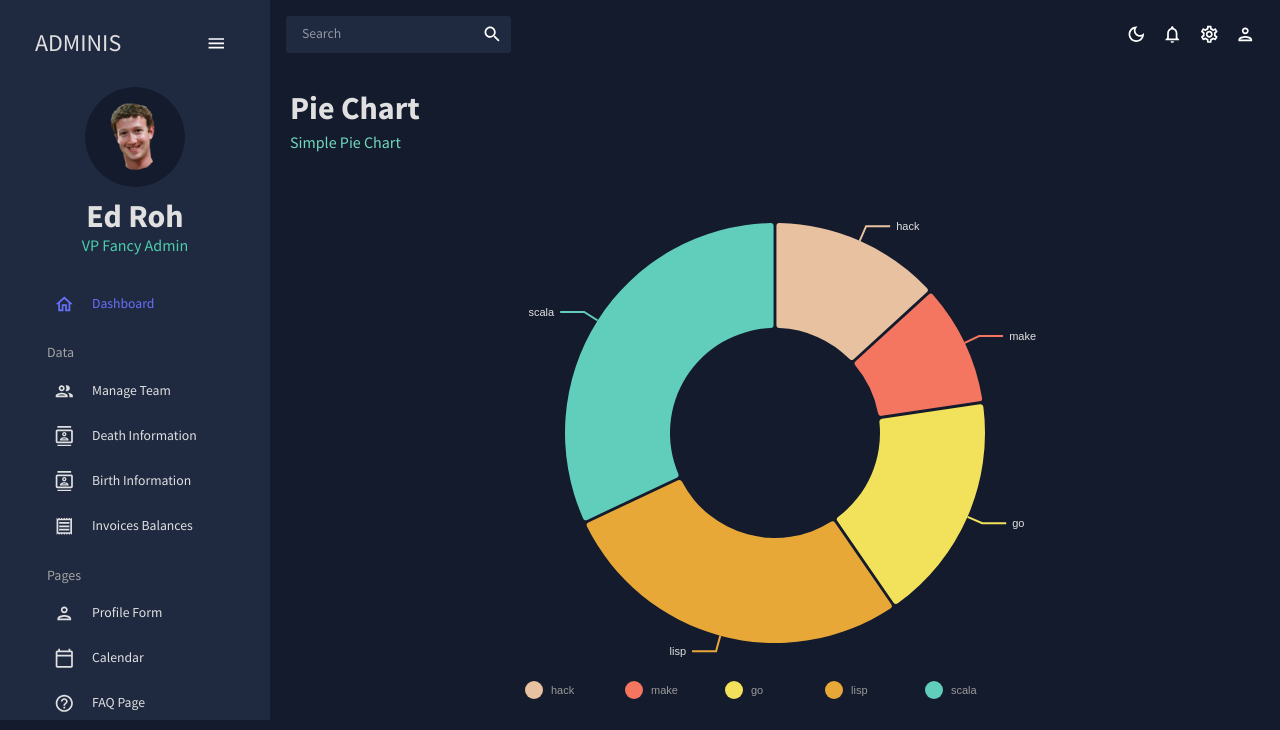
Repository: EmmanuelKeifala/project101
Page: /pie (app in admin/)
These files come from the project's save history. The page is drawn as it stood at one moment and after the next save; the edit follows.
The browser window is 1280 px wide. The pictures show the whole page.
The page's requests for data from a server got no answer. The project was rebuilt for these pictures with package versions that can differ from the ones it lists, and the page was loaded fresh each time. No one was signed in, and anything a server would have sent is missing. Also part of the build but not shown: admin/src/components/LineChart.jsx, admin/src/data/mockGeoFeatures.js, admin/src/components/GeographyChart.jsx, admin/src/components/BarChart.jsx, admin/src/components/ProgressCircle.jsx, admin/src/components/StatBox.jsx, admin/src/scenes/dashboard/index.jsx, admin/src/scenes/team/index.jsx and 9 more.

Above is the page before, as saved 2023-05-16 09:30:01.

### admin/src/index.js
/** @format */

import React from "react";
import ReactDOM from "react-dom/client";
import "./index.css";
import App from "./App";
const root = ReactDOM.createRoot(document.getElementById("root"));
root.render(
	<React.StrictMode>
		<App />
	</React.StrictMode>,
);

// If you want to start measuring performance in your app, pass a function
// to log results (for example: reportWebVitals(console.log))
// or send to an analytics endpoint. Learn more: https://bit.ly/CRA-vitals

### admin/src/index.css
@import url("https://fonts.googleapis.com/css2?family=Source+Sans+Pro:wght@400;600;700&display=swap");

html,
body,
#root,
.app,
.content {
  height: 100%;
  width: 100%;
  font-family: "Source Sans Pro", sans-serif;
}

::-webkit-scrollbar {
  width: 10px;
}

::-webkit-scrollbar-track {
  background: #e0e0e0
}

.app {
  display: flex;
  position: relative;
}

::-webkit-scrollbar-thumb {
  background: #888;
}

/* Handle on hover */
::-webkit-scrollbar-thumb:hover {
  background: #555;
}

### admin/src/App.js
/** @format */

import { useState, useEffect } from "react";
import { Routes, Route, BrowserRouter } from "react-router-dom";
import Topbar from "./scenes/globals/Topbar";
import Sidebar from "./scenes/globals/Sidebar";
import Dashboard from "./scenes/dashboard";
import Team from "./scenes/team";
import Invoices from "./scenes/invoices";
import Birth from "./scenes/birth";
import Death from "./scenes/death";
import Bar from "./scenes/bar";
import Form from "./scenes/form";
import Line from "./scenes/line";
import Pie from "./scenes/pie";
import FAQ from "./scenes/faq";
import Geography from "./scenes/geography";
import { CssBaseline, ThemeProvider } from "@mui/material";
import { ColorModeContext, useMode } from "./theme";
import Calendar from "./scenes/calendar/calendar";
import useApplicationsStore from "./store";
function App() {
	const setDataToStore = useApplicationsStore((state) => state.setApplications);

	useEffect(() => {
		fetch("http://localhost:3001/api/listings")
			.then((response) => {
				if (!response.ok) {
					throw new Error("Error retrieving listings");
				}
				return response.json();
			})
			.then((data) => {
				setDataToStore(data);
			})
			.catch((error) => {
				console.error("Error:", error.message);
			});
	}, []);
	const [theme, colorMode] = useMode();
	const [isSidebar, setIsSidebar] = useState(true);

	return (
		<BrowserRouter>
			<ColorModeContext.Provider value={colorMode}>
				<ThemeProvider theme={theme}>
					<CssBaseline />
					<div className="app">
						<Sidebar isSidebar={isSidebar} />
						<main className="content">
							<Topbar setIsSidebar={setIsSidebar} />
							<Routes>
								<Route path="/" element={<Dashboard />} />
								<Route path="/team" element={<Team />} />
								<Route path="/birth" element={<Birth />} />
								<Route path="/death" element={<Death />} />
								<Route path="/invoices" element={<Invoices />} />
								<Route path="/form" element={<Form />} />
								<Route path="/bar" element={<Bar />} />
								<Route path="/pie" element={<Pie />} />
								<Route path="/line" element={<Line />} />
								<Route path="/faq" element={<FAQ />} />
								<Route path="/calendar" element={<Calendar />} />
								<Route path="/geography" element={<Geography />} />
							</Routes>
						</main>
					</div>
				</ThemeProvider>
			</ColorModeContext.Provider>
		</BrowserRouter>
	);
}

export default App;

### admin/src/scenes/globals/Topbar.jsx
/** @format */

import React, { useContext } from "react";
import { useTheme, Box, IconButton, InputBase } from "@mui/material";
import { ColorModeContext, tokens } from "../../theme";
import LightModeOutlinedIcon from "@mui/icons-material/LightModeOutlined";
import DarkModeOutlinedIcon from "@mui/icons-material/DarkModeOutlined";
import NotificationsOutlinedIcon from "@mui/icons-material/NotificationsOutlined";
import SettingsOutlinedIcon from "@mui/icons-material/SettingsOutlined";
import PersonOutlinedIcon from "@mui/icons-material/PersonOutlined";
import SearchIcon from "@mui/icons-material/Search";
const TopBar = () => {
	const theme = useTheme();
	const colors = tokens(theme.palette.mode);
	const colorMode = useContext(ColorModeContext);
	return (
		<Box display="flex" justifyContent="space-between" p={2}>
			{/* SEARCH BAR */}
			<Box
				display="flex"
				backgroundColor={colors.primary[400]}
				borderRadius="3px">
				<InputBase sx={{ ml: 2, flex: 1 }} placeholder="Search" />
				{/* ----> ADD SEARCH FUNCTIONALITY */}
				<IconButton type="button" sx={{ p: 1 }}>
					<SearchIcon />
				</IconButton>
			</Box>

			{/* ICONS */}
			<Box display="flex">
				{/* TO-DO */}
				<IconButton onClick={colorMode.toggleColorMode}>
					{theme.palette.mode === "dark" ? (
						<DarkModeOutlinedIcon />
					) : (
						<LightModeOutlinedIcon />
					)}
				</IconButton>
				<IconButton>
					<NotificationsOutlinedIcon />
				</IconButton>
				<IconButton>
					<SettingsOutlinedIcon />
				</IconButton>
				<IconButton>
					<PersonOutlinedIcon />
				</IconButton>
			</Box>
		</Box>
	);
};

export default TopBar;

### admin/src/scenes/globals/Sidebar.jsx
/** @format */

import { useState } from "react";
import { ProSidebar, Menu, MenuItem } from "react-pro-sidebar";
import { Box, IconButton, Typography, useTheme } from "@mui/material";
import { Link } from "react-router-dom";
import "react-pro-sidebar/dist/css/styles.css";
import { tokens } from "../../theme";
import HomeOutlinedIcon from "@mui/icons-material/HomeOutlined";
import PeopleOutlinedIcon from "@mui/icons-material/PeopleOutlined";
import ContactsOutlinedIcon from "@mui/icons-material/ContactsOutlined";
import ReceiptOutlinedIcon from "@mui/icons-material/ReceiptOutlined";
import PersonOutlinedIcon from "@mui/icons-material/PersonOutlined";
import CalendarTodayOutlinedIcon from "@mui/icons-material/CalendarTodayOutlined";
import HelpOutlineOutlinedIcon from "@mui/icons-material/HelpOutlineOutlined";
import BarChartOutlinedIcon from "@mui/icons-material/BarChartOutlined";
import PieChartOutlineOutlinedIcon from "@mui/icons-material/PieChartOutlineOutlined";
import TimelineOutlinedIcon from "@mui/icons-material/TimelineOutlined";
import MenuOutlinedIcon from "@mui/icons-material/MenuOutlined";
import MapOutlinedIcon from "@mui/icons-material/MapOutlined";

const Item = ({ title, to, icon, selected, setSelected }) => {
	const theme = useTheme();
	const colors = tokens(theme.palette.mode);
	return (
		<MenuItem
			active={selected === title}
			style={{
				color: colors.grey[100],
			}}
			onClick={() => setSelected(title)}
			icon={icon}>
			<Typography>{title}</Typography>
			<Link to={to} />
		</MenuItem>
	);
};

const Sidebar = () => {
	const theme = useTheme();
	const colors = tokens(theme.palette.mode);
	const [isCollapsed, setIsCollapsed] = useState(false);
	const [selected, setSelected] = useState("Dashboard");

	return (
		<Box
			sx={{
				"& .pro-sidebar-inner": {
					background: `${colors.primary[400]} !important`,
				},
				"& .pro-icon-wrapper": {
					backgroundColor: "transparent !important",
				},
				"& .pro-inner-item": {
					padding: "5px 35px 5px 20px !important",
				},
				"& .pro-inner-item:hover": {
					color: "#868dfb !important",
				},
				"& .pro-menu-item.active": {
					color: "#6870fa !important",
				},
			}}>
			<ProSidebar collapsed={isCollapsed}>
				<Menu iconShape="square">
					{/* LOGO AND MENU ICON */}
					<MenuItem
						onClick={() => setIsCollapsed(!isCollapsed)}
						icon={isCollapsed ? <MenuOutlinedIcon /> : undefined}
						style={{
							margin: "10px 0 20px 0",
							color: colors.grey[100],
						}}>
						{!isCollapsed && (
							<Box
								display="flex"
								justifyContent="space-between"
								alignItems="center"
								ml="15px">
								<Typography variant="h3" color={colors.grey[100]}>
									ADMINIS
								</Typography>
								<IconButton onClick={() => setIsCollapsed(!isCollapsed)}>
									<MenuOutlinedIcon />
								</IconButton>
							</Box>
						)}
					</MenuItem>

					{!isCollapsed && (
						<Box mb="25px">
							<Box display="flex" justifyContent="center" alignItems="center">
								<img
									alt="profile-user"
									width="100px"
									height="100px"
									src={`../../assets/user.png`}
									style={{ cursor: "pointer", borderRadius: "50%" }}
								/>
							</Box>
							<Box textAlign="center">
								<Typography
									variant="h2"
									color={colors.grey[100]}
									fontWeight="bold"
									sx={{ m: "10px 0 0 0" }}>
									Ed Roh
								</Typography>
								<Typography variant="h5" color={colors.greenAccent[500]}>
									VP Fancy Admin
								</Typography>
							</Box>
						</Box>
					)}

					<Box paddingLeft={isCollapsed ? undefined : "10%"}>
						<Item
							title="Dashboard"
							to="/"
							icon={<HomeOutlinedIcon />}
							selected={selected}
							setSelected={setSelected}
						/>

						<Typography
							variant="h6"
							color={colors.grey[300]}
							sx={{ m: "15px 0 5px 20px" }}>
							Data
						</Typography>
						<Item
							title="Manage Team"
							to="/team"
							icon={<PeopleOutlinedIcon />}
							selected={selected}
							setSelected={setSelected}
						/>
						<Item
							title="Death Information"
							to="/death"
							icon={<ContactsOutlinedIcon />}
							selected={selected}
							setSelected={setSelected}
						/>
						<Item
							title="Birth Information"
							to="/birth"
							icon={<ContactsOutlinedIcon />}
							selected={selected}
							setSelected={setSelected}
						/>
						<Item
							title="Invoices Balances"
							to="/invoices"
							icon={<ReceiptOutlinedIcon />}
							selected={selected}
							setSelected={setSelected}
						/>

						<Typography
							variant="h6"
							color={colors.grey[300]}
							sx={{ m: "15px 0 5px 20px" }}>
							Pages
						</Typography>
						<Item
							title="Profile Form"
							to="/form"
							icon={<PersonOutlinedIcon />}
							selected={selected}
							setSelected={setSelected}
						/>
						<Item
							title="Calendar"
							to="/calendar"
							icon={<CalendarTodayOutlinedIcon />}
							selected={selected}
							setSelected={setSelected}
						/>
						<Item
							title="FAQ Page"
							to="/faq"
							icon={<HelpOutlineOutlinedIcon />}
							selected={selected}
							setSelected={setSelected}
						/>

						<Typography
							variant="h6"
							color={colors.grey[300]}
							sx={{ m: "15px 0 5px 20px" }}>
							Charts
						</Typography>
						<Item
							title="Bar Chart"
							to="/bar"
							icon={<BarChartOutlinedIcon />}
							selected={selected}
							setSelected={setSelected}
						/>
						<Item
							title="Pie Chart"
							to="/pie"
							icon={<PieChartOutlineOutlinedIcon />}
							selected={selected}
							setSelected={setSelected}
						/>
						<Item
							title="Line Chart"
							to="/line"
							icon={<TimelineOutlinedIcon />}
							selected={selected}
							setSelected={setSelected}
						/>
						<Item
							title="Geography Chart"
							to="/geography"
							icon={<MapOutlinedIcon />}
							selected={selected}
							setSelected={setSelected}
						/>
					</Box>
				</Menu>
			</ProSidebar>
		</Box>
	);
};

export default Sidebar;

### admin/src/scenes/pie/index.jsx
/** @format */

import { Box } from "@mui/material";
import Header from "../../components/Header";
import PieChart from "../../components/PieChart";

const Pie = () => {
	return (
		<Box m="20px">
			<Header title="Pie Chart" subtitle="Simple Pie Chart" />
			<Box height="75vh">
				<PieChart />
			</Box>
		</Box>
	);
};

export default Pie;

### admin/src/theme.js
/** @format */

import { createContext, useState, useMemo } from "react";
import { createTheme } from "@mui/material/styles";

// color design tokens export
export const tokens = (mode) => ({
	...(mode === "dark"
		? {
				grey: {
					100: "#e0e0e0",
					200: "#c2c2c2",
					300: "#a3a3a3",
					400: "#858585",
					500: "#666666",
					600: "#525252",
					700: "#3d3d3d",
					800: "#292929",
					900: "#141414",
				},
				primary: {
					100: "#d0d1d5",
					200: "#a1a4ab",
					300: "#727681",
					400: "#1F2A40",
					500: "#141b2d",
					600: "#101624",
					700: "#0c101b",
					800: "#080b12",
					900: "#040509",
				},
				greenAccent: {
					100: "#dbf5ee",
					200: "#b7ebde",
					300: "#94e2cd",
					400: "#70d8bd",
					500: "#4cceac",
					600: "#3da58a",
					700: "#2e7c67",
					800: "#1e5245",
					900: "#0f2922",
				},
				redAccent: {
					100: "#f8dcdb",
					200: "#f1b9b7",
					300: "#e99592",
					400: "#e2726e",
					500: "#db4f4a",
					600: "#af3f3b",
					700: "#832f2c",
					800: "#58201e",
					900: "#2c100f",
				},
				blueAccent: {
					100: "#e1e2fe",
					200: "#c3c6fd",
					300: "#a4a9fc",
					400: "#868dfb",
					500: "#6870fa",
					600: "#535ac8",
					700: "#3e4396",
					800: "#2a2d64",
					900: "#151632",
				},
		  }
		: {
				grey: {
					100: "#141414",
					200: "#292929",
					300: "#3d3d3d",
					400: "#525252",
					500: "#666666",
					600: "#858585",
					700: "#a3a3a3",
					800: "#c2c2c2",
					900: "#e0e0e0",
				},
				primary: {
					100: "#040509",
					200: "#080b12",
					300: "#0c101b",
					400: "#f2f0f0", // manually changed
					500: "#141b2d",
					600: "#1F2A40",
					700: "#727681",
					800: "#a1a4ab",
					900: "#d0d1d5",
				},
				greenAccent: {
					100: "#0f2922",
					200: "#1e5245",
					300: "#2e7c67",
					400: "#3da58a",
					500: "#4cceac",
					600: "#70d8bd",
					700: "#94e2cd",
					800: "#b7ebde",
					900: "#dbf5ee",
				},
				redAccent: {
					100: "#2c100f",
					200: "#58201e",
					300: "#832f2c",
					400: "#af3f3b",
					500: "#db4f4a",
					600: "#e2726e",
					700: "#e99592",
					800: "#f1b9b7",
					900: "#f8dcdb",
				},
				blueAccent: {
					100: "#151632",
					200: "#2a2d64",
					300: "#3e4396",
					400: "#535ac8",
					500: "#6870fa",
					600: "#868dfb",
					700: "#a4a9fc",
					800: "#c3c6fd",
					900: "#e1e2fe",
				},
		  }),
});

// mui theme settings
export const themeSettings = (mode) => {
	const colors = tokens(mode);
	return {
		palette: {
			mode: mode,
			...(mode === "dark"
				? {
						// palette values for dark mode
						primary: {
							main: colors.primary[500],
						},
						secondary: {
							main: colors.greenAccent[500],
						},
						neutral: {
							dark: colors.grey[700],
							main: colors.grey[500],
							light: colors.grey[100],
						},
						background: {
							default: colors.primary[500],
						},
				  }
				: {
						// palette values for light mode
						primary: {
							main: colors.primary[100],
						},
						secondary: {
							main: colors.greenAccent[500],
						},
						neutral: {
							dark: colors.grey[700],
							main: colors.grey[500],
							light: colors.grey[100],
						},
						background: {
							default: "#fcfcfc",
						},
				  }),
		},
		typography: {
			fontFamily: ["Source Sans Pro", "sans-serif"].join(","),
			fontSize: 12,
			h1: {
				fontFamily: ["Source Sans Pro", "sans-serif"].join(","),
				fontSize: 40,
			},
			h2: {
				fontFamily: ["Source Sans Pro", "sans-serif"].join(","),
				fontSize: 32,
			},
			h3: {
				fontFamily: ["Source Sans Pro", "sans-serif"].join(","),
				fontSize: 24,
			},
			h4: {
				fontFamily: ["Source Sans Pro", "sans-serif"].join(","),
				fontSize: 20,
			},
			h5: {
				fontFamily: ["Source Sans Pro", "sans-serif"].join(","),
				fontSize: 16,
			},
			h6: {
				fontFamily: ["Source Sans Pro", "sans-serif"].join(","),
				fontSize: 14,
			},
		},
	};
};

// context for color mode
export const ColorModeContext = createContext({
	toggleColorMode: () => {},
});

export const useMode = () => {
	const [mode, setMode] = useState("dark");

	const colorMode = useMemo(
		() => ({
			toggleColorMode: () =>
				setMode((prev) => (prev === "light" ? "dark" : "light")),
		}),
		[],
	);

	const theme = useMemo(() => createTheme(themeSettings(mode)), [mode]);
	return [theme, colorMode];
};

### admin/src/store.js
/** @format */
import { create } from "zustand";
const useApplicationsStore = create((set) => ({
	applications: [],

	setApplications: (newApplications) => {
		set({ applications: newApplications });
	},
}));
export default useApplicationsStore;

### admin/src/components/Header.jsx
/** @format */

import { Typography, Box, useTheme } from "@mui/material";
import { tokens } from "../theme";

const Header = ({ title, subtitle }) => {
	const theme = useTheme();
	const colors = tokens(theme.palette.mode);
	return (
		<Box mb="30px">
			<Typography
				variant="h2"
				color={colors.grey[100]}
				fontWeight="bold"
				sx={{ m: "0 0 5px 0" }}>
				{title}
			</Typography>
			<Typography variant="h5" color={colors.greenAccent[400]}>
				{subtitle}
			</Typography>
		</Box>
	);
};

export default Header;

### admin/src/components/PieChart.jsx
/** @format */

import { ResponsivePie } from "@nivo/pie";
import { tokens } from "../theme";
import { useTheme } from "@mui/material";
import { mockPieData as data } from "../data/mockData";

const PieChart = () => {
	const theme = useTheme();
	const colors = tokens(theme.palette.mode);
	return (
		<ResponsivePie
			data={data}
			theme={{
				axis: {
					domain: {
						line: {
							stroke: colors.grey[100],
						},
					},
					legend: {
						text: {
							fill: colors.grey[100],
						},
					},
					ticks: {
						line: {
							stroke: colors.grey[100],
							strokeWidth: 1,
						},
						text: {
							fill: colors.grey[100],
						},
					},
				},
				legends: {
					text: {
						fill: colors.grey[100],
					},
				},
			}}
			margin={{ top: 40, right: 80, bottom: 80, left: 80 }}
			innerRadius={0.5}
			padAngle={0.7}
			cornerRadius={3}
			activeOuterRadiusOffset={8}
			borderColor={{
				from: "color",
				modifiers: [["darker", 0.2]],
			}}
			arcLinkLabelsSkipAngle={10}
			arcLinkLabelsTextColor={colors.grey[100]}
			arcLinkLabelsThickness={2}
			arcLinkLabelsColor={{ from: "color" }}
			enableArcLabels={false}
			arcLabelsRadiusOffset={0.4}
			arcLabelsSkipAngle={7}
			arcLabelsTextColor={{
				from: "color",
				modifiers: [["darker", 2]],
			}}
			defs={[
				{
					id: "dots",
					type: "patternDots",
					background: "inherit",
					color: "rgba(255, 255, 255, 0.3)",
					size: 4,
					padding: 1,
					stagger: true,
				},
				{
					id: "lines",
					type: "patternLines",
					background: "inherit",
					color: "rgba(255, 255, 255, 0.3)",
					rotation: -45,
					lineWidth: 6,
					spacing: 10,
				},
			]}
			legends={[
				{
					anchor: "bottom",
					direction: "row",
					justify: false,
					translateX: 0,
					translateY: 56,
					itemsSpacing: 0,
					itemWidth: 100,
					itemHeight: 18,
					itemTextColor: "#999",
					itemDirection: "left-to-right",
					itemOpacity: 1,
					symbolSize: 18,
					symbolShape: "circle",
					effects: [
						{
							on: "hover",
							style: {
								itemTextColor: "#000",
							},
						},
					],
				},
			]}
		/>
	);
};

export default PieChart;

Loaded but not shown: admin/public/index.html (common file); admin/src/data/mockData.js (1537 lines, source omitted)

After the next save:
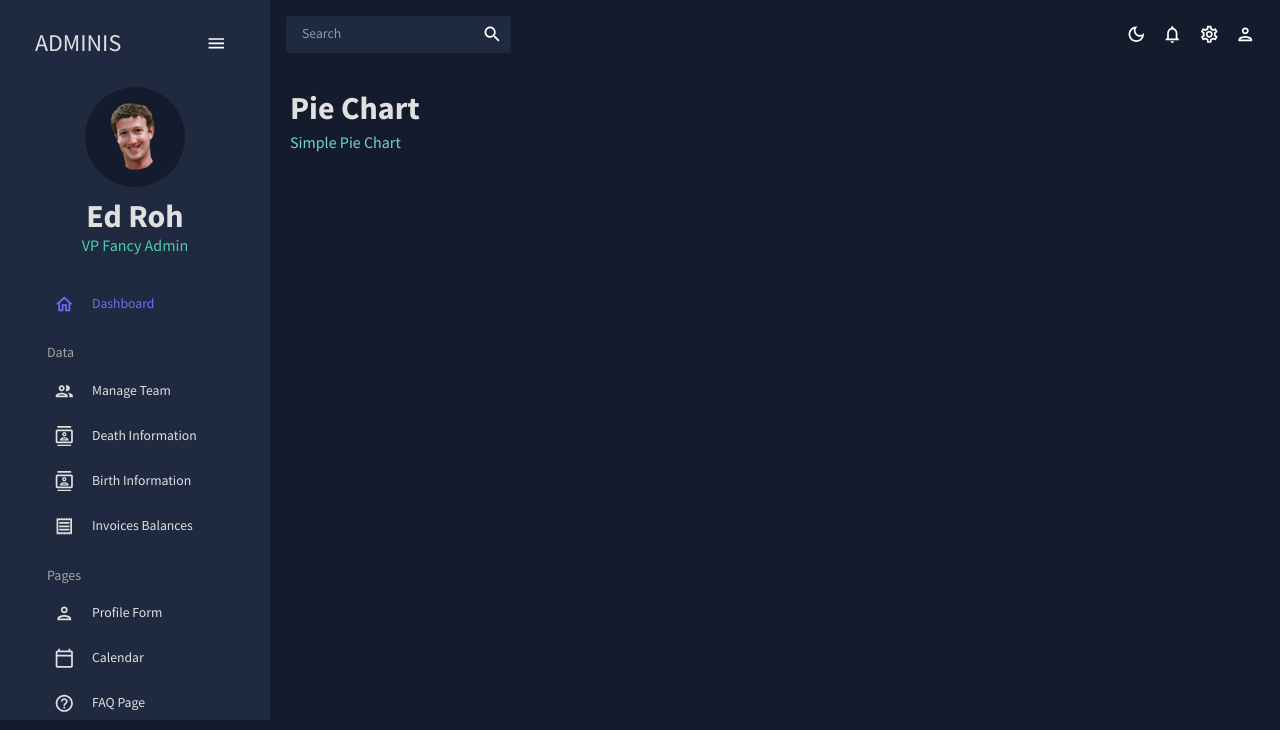
Saved 2 h 4 min later.
--- a/admin/src/components/PieChart.jsx
+++ b/admin/src/components/PieChart.jsx
@@ -3,11 +3,33 @@
 import { ResponsivePie } from "@nivo/pie";
 import { tokens } from "../theme";
 import { useTheme } from "@mui/material";
-import { mockPieData as data } from "../data/mockData";
+import useApplicationsStore from "../store";
 
 const PieChart = () => {
 	const theme = useTheme();
 	const colors = tokens(theme.palette.mode);
+	const data = useApplicationsStore((state) => state.applications);
+
+	const genderData = data.reduce((result, item) => {
+		const { gender } = item;
+		if (result[gender]) {
+			result[gender] += 1;
+		} else {
+			result[gender] = 1;
+		}
+		return result;
+	}, {});
+
+	const mockPieData = Object.entries(genderData).map(
+		([gender, value], index) => ({
+			id: gender,
+			label: gender,
+			value,
+			color: `hsl(${index * 100}, 70%, 50%)`,
+		}),
+	);
+
+	console.log(mockPieData);
 	return (
 		<ResponsivePie
 			data={data}
